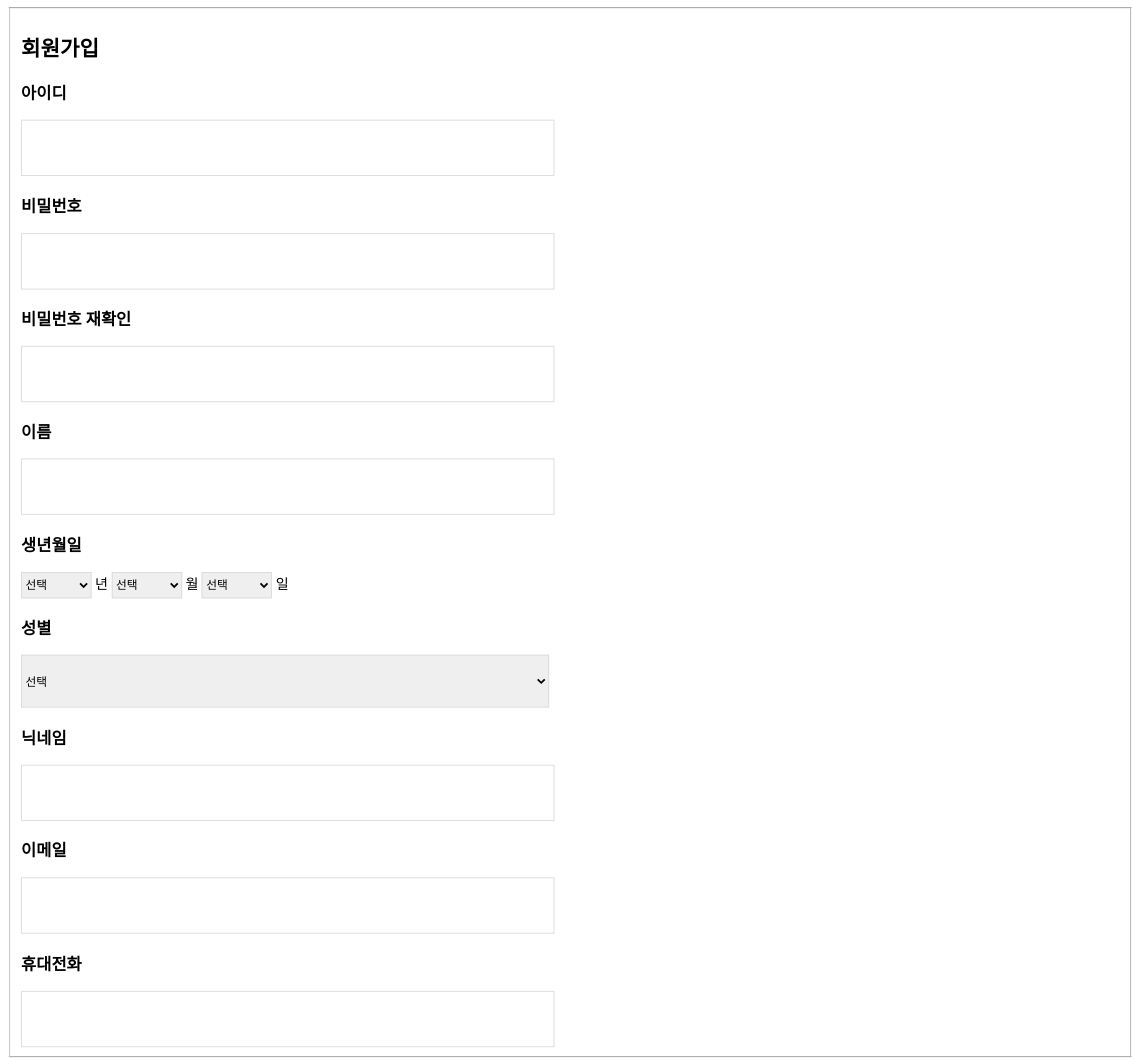
Repository: agheha/trillion
Page: YH/login/login.html
These files come from the project's save history. The page is drawn as it stood at one moment and after a run of saves; the edit follows.
The browser window is 1280 px wide. The page is 1288 px wide, so the pictures cover 1288 px, including what lies to the right of the window. The pictures show the whole page, at 88% of full size.

Above is the page before, as saved 2019-09-03 18:14:05.

After the next 2 saves:
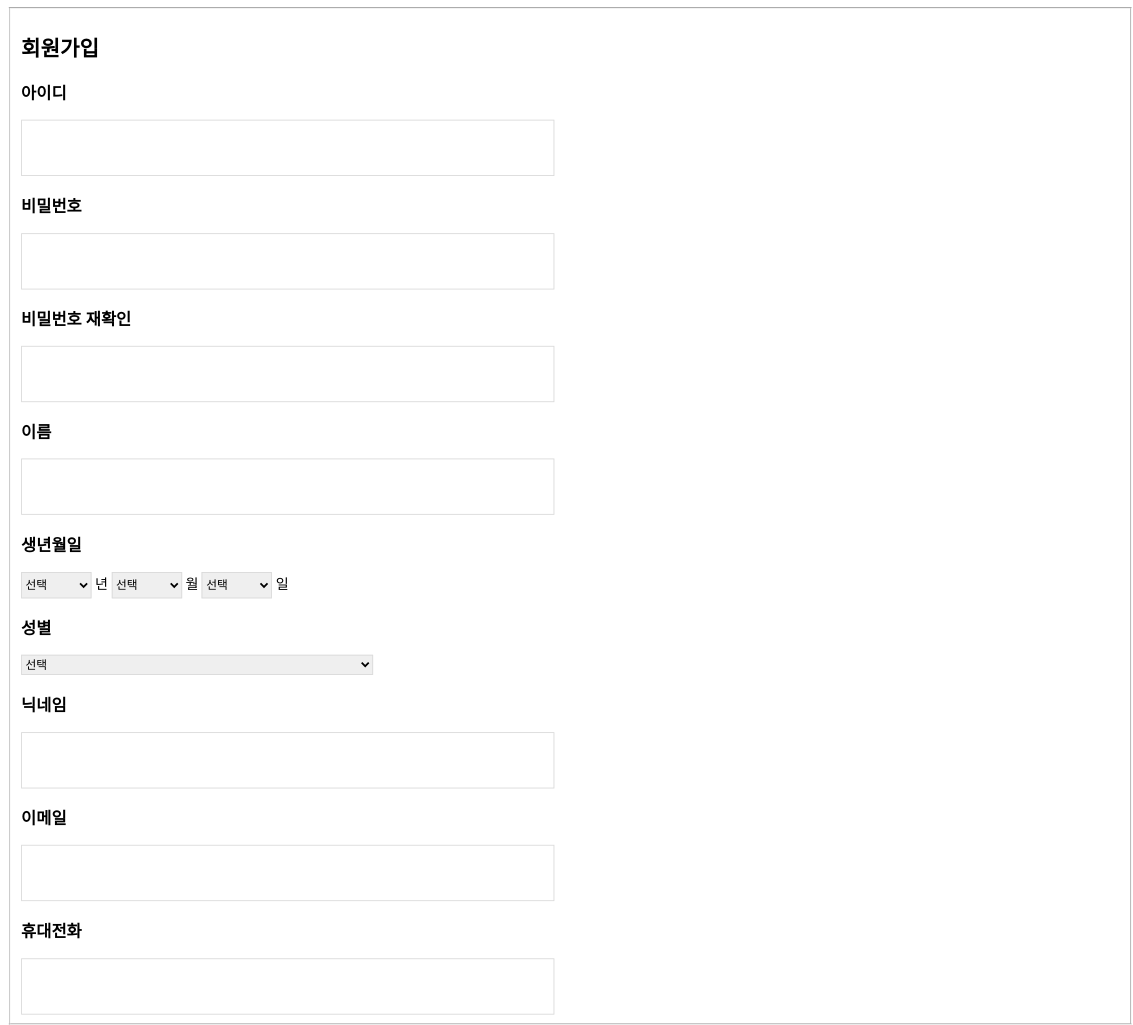
The 2 saves are shown as one change because they came seconds apart.
The last was saved 5 min 29 s later.
--- a/YH/login/login.css
+++ b/YH/login/login.css
@@ -10,8 +10,8 @@
 }
 
 #gender{
-    width: 600px;
-    height: 60px;
+    width: 400px;
+    height: 23px;
     border: 1px solid #dadada;
 }
 #birth_year,#birth_month,#birth_date {

After the save that followed:
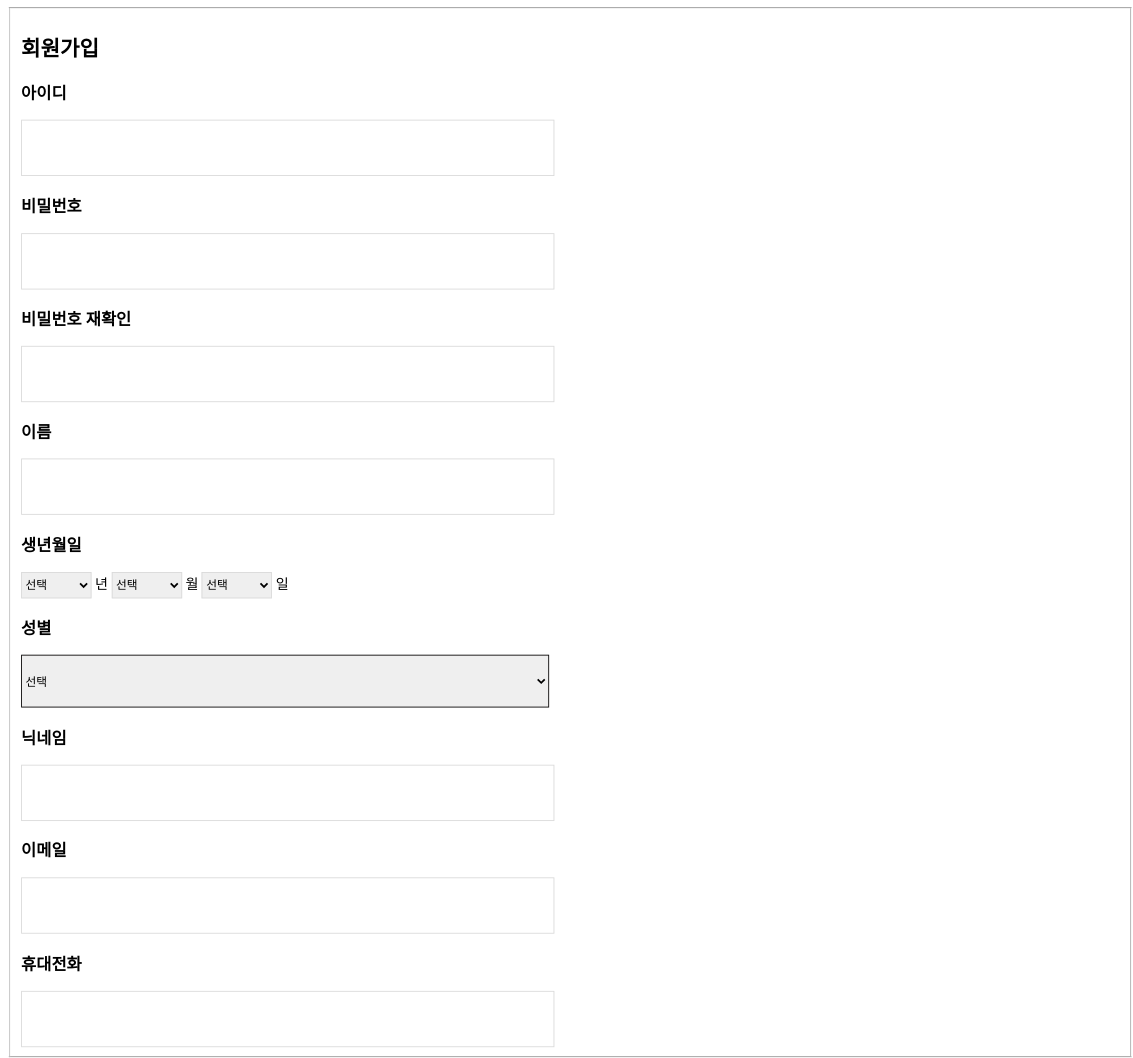
Saved 25 s later.
--- a/YH/login/login.css
+++ b/YH/login/login.css
@@ -10,9 +10,9 @@
 }
 
 #gender{
-    width: 400px;
-    height: 23px;
-    border: 1px solid #dadada;
+    width: 600px;
+    height: 60px;
+    border: 1px solid #0a0808;
 }
 #birth_year,#birth_month,#birth_date {
     width: 80px;
